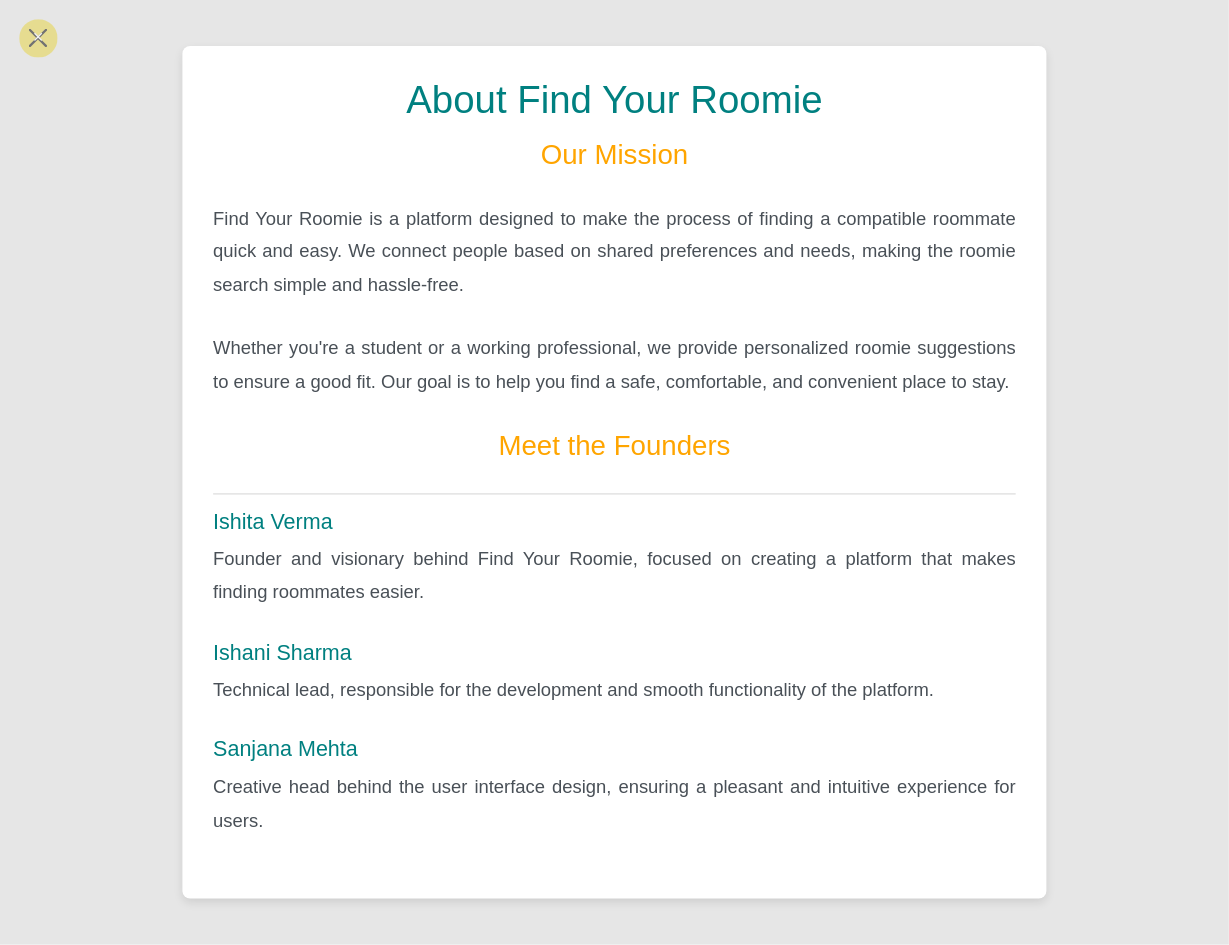
Repository: Sanjana-Inapakolla/Find-your-Roomie-website
Page: http://localhost/MiniProject/About.jsp
The author's editor kept a copy of each file at every save. The page is drawn from the files as they stood at one save, then again after the next save.
The browser window is 1280 px wide. The pictures show the whole page, at 96% of full size.
The page is served by Tomcat 10.

Above is the page before, as saved 2024-11-13 11:14:26.

After the next save:
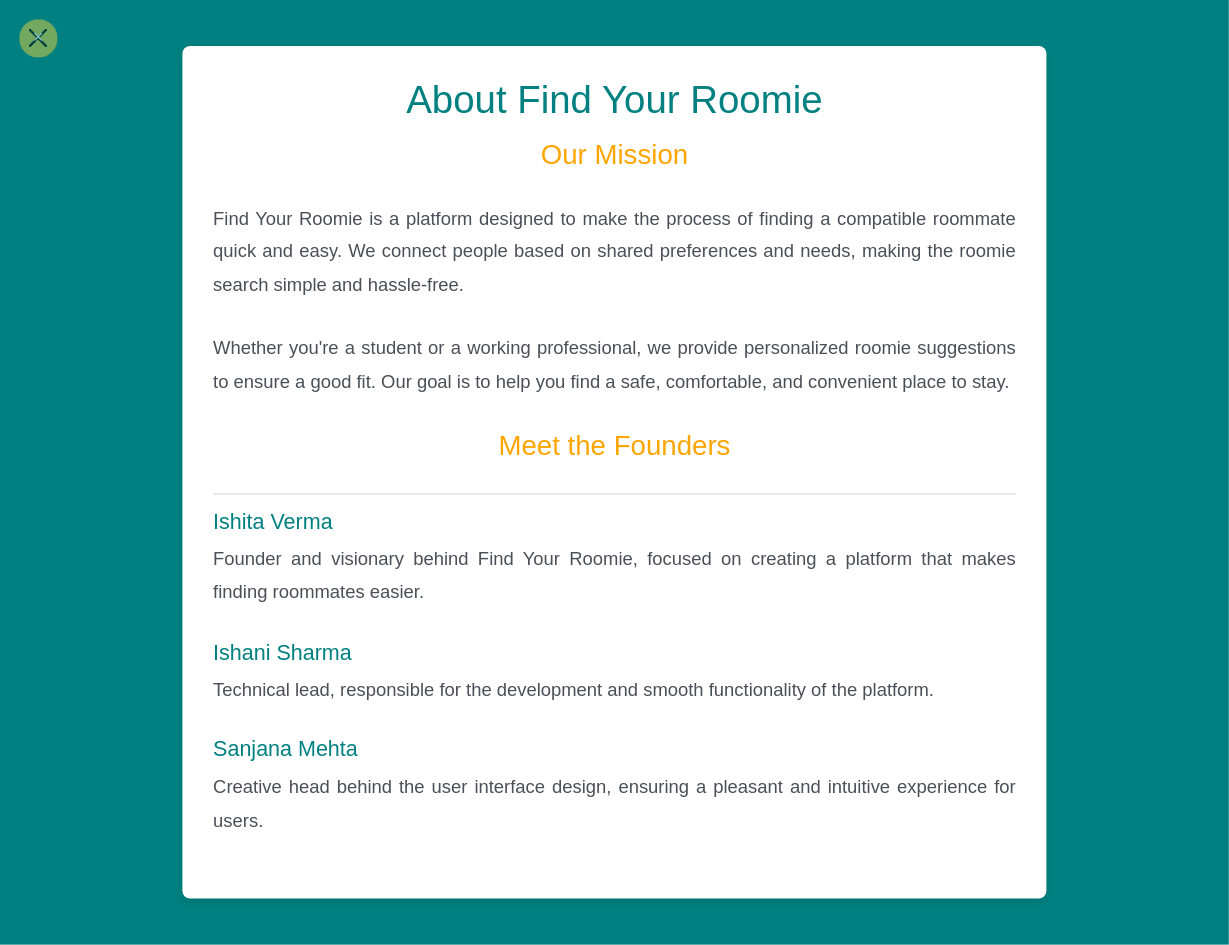
Saved 46 s later.
--- a/mini-project(jfst)/MiniProject/src/main/webapp/About.jsp
+++ b/mini-project(jfst)/MiniProject/src/main/webapp/About.jsp
@@ -10,7 +10,7 @@
         /* General Body Styling */
         body {
             font-family: 'Arial', sans-serif;
-            background-color: #E6E6E6; /* Light Gray */
+            background-color: #008080; /* Light Gray */
             margin: 0;
             padding: 0;
         }
